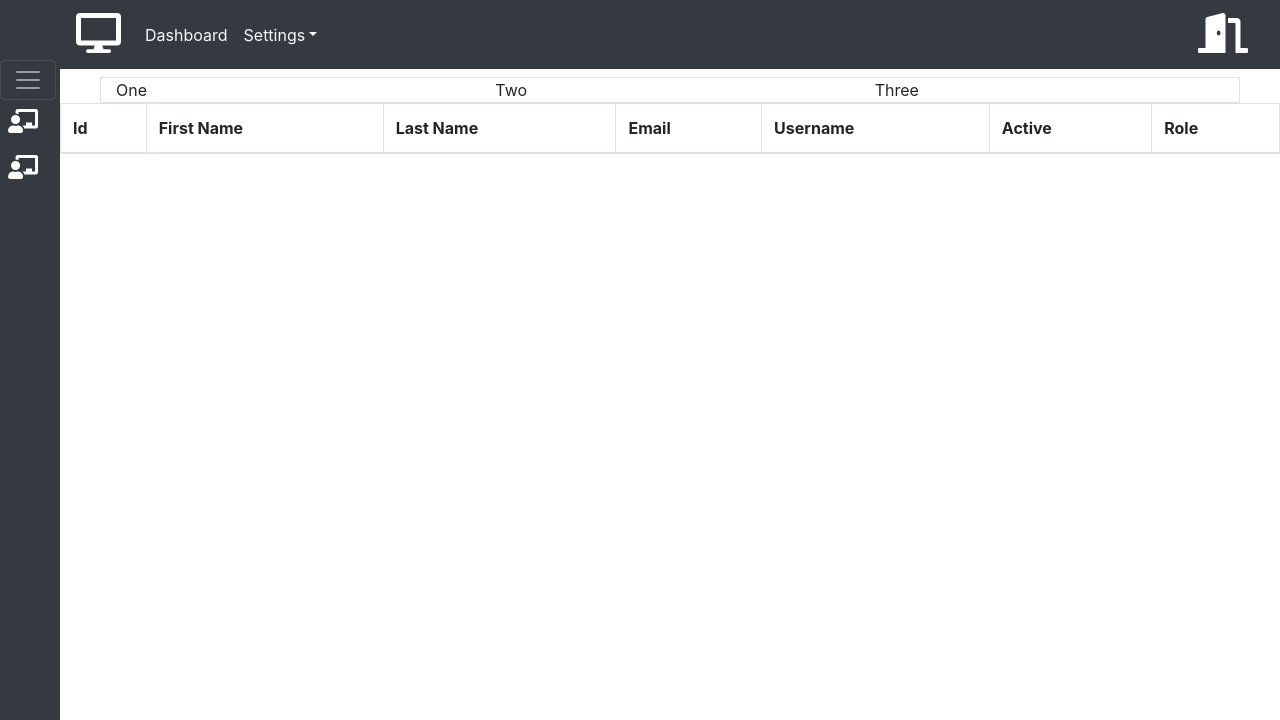
Repository: Pjosif/iDesk
Page: http://localhost/web/protected/userAdm.jsp
These files come from the project's save history. The page is drawn as it stood at one moment and after the next save; the edit follows.
The browser window is 1280 px wide. The pictures show the whole page.
Some web libraries are served in a nearby version. The page is served by Tomcat 9. Nobody is signed in. The application's start-up code is not run. Other server files are loaded and not shown. The template is opened directly, without the code that normally fills it, so the values that code supplies are empty.

Above is the page before, as saved 2018-08-01 11:17:20.

### main/web/src/main/webapp/protected/userAdm.jsp
<%@ page language="java" contentType="text/html; charset=ISO-8859-1" pageEncoding="ISO-8859-1"%>
<!DOCTYPE html>
<%@ taglib uri="http://www.springframework.org/tags/form" prefix="form"%>
<%@ taglib uri="http://java.sun.com/jsp/jstl/core" prefix="c"%>
<html>
<head>
<meta charset="utf-8">
<meta name="viewport" content="width=device-width, initial-scale=1, shrink-to-fit=no">
<link href="../resources/css/bootstrap.css" rel="stylesheet">
<link rel="stylesheet" href="https://use.fontawesome.com/releases/v5.1.0/css/all.css" integrity="sha384-lKuwvrZot6UHsBSfcMvOkWwlCMgc0TaWr+30HWe3a4ltaBwTZhyTEggF5tJv8tbt" crossorigin="anonymous">
<link href="../resources/css/sidenav.css" rel="stylesheet">
<title>Insert title here</title>
</head>
<body>
	<jsp:include page="../master/sidenav.jsp" />
	<div id="main" class="main">
		<jsp:include page="../master/header.jsp" />
		<div class="container border mt-2">
			<div class="row">
				<div class="col-sm">One</div>
				<div class="col-sm">Two</div>
				<div class="col-sm">Three</div>
			</div>
		</div>
		<table class="table table-bordered">
			<thead>
				<tr>
					<th scope="col">Id</th>
					<th scope="col">First Name</th>
					<th scope="col">Last Name</th>
					<th scope="col">Email</th>
					<th scope="col">Username</th>
					<th scope="col">Active</th>
					<th scope="col">Role</th>
				</tr>
			</thead>
			<c:forEach var="emp" items="${list}">
				<tr>
					<th scope="row">${emp.id}</th>
					<td>${emp.firstName}</td>
					<td>${emp.lastName}</td>
					<td>${emp.email}</td>
					<td>${emp.username}</td>
					<td>${emp.active}</td>
					<td>${emp.role.role}</td>
				</tr>
			</c:forEach>
		</table>

	</div>
	<script src="https://code.jquery.com/jquery-3.3.1.slim.min.js" integrity="sha384-q8i/X+965DzO0rT7abK41JStQIAqVgRVzpbzo5smXKp4YfRvH+8abtTE1Pi6jizo" crossorigin="anonymous"></script>
	<script src="https://cdnjs.cloudflare.com/ajax/libs/popper.js/1.14.3/umd/popper.min.js" integrity="sha384-ZMP7rVo3mIykV+2+9J3UJ46jBk0WLaUAdn689aCwoqbBJiSnjAK/l8WvCWPIPm49" crossorigin="anonymous"></script>
	<script src="../resources/js/bootstrap.min.js"></script>
</body>
</html>

### main/web/src/main/webapp/master/sidenav.jsp
<div id=sideNav class=sidenav>
	<div class="navbar-dark">
		<button class="navbar-toggler" type="button" onclick="togleNav()">
			<span class="navbar-toggler-icon"></span>
		</button>
	</div>
	<ul>
		<li>
			<a href="#">
				<i class="fas fa-chalkboard-teacher"></i>Incident
			</a>
		</li>
		<li>
			<a href="#">
				<i class="fas fa-chalkboard-teacher"></i>Request
			</a>
		</li>

		<!-- 		<a href="#"><i class="fas fa-chalkboard-teacher"></i>MENU 3</a> -->
		<!-- 		<a href="#"><i class="fas fa-chalkboard-teacher"></i>MENU 4</a> -->
	</ul>
</div>
<script>
	function togleNav() {
		var navigator = document.getElementById("sideNav");
		if (navigator.style.width === "200px") {
			closeNav();
		} else {
			openNav();
		}
	}

	function openNav() {
		document.getElementById("sideNav").style.width = "200px";
		document.getElementById("main").style.marginLeft = "200px";
	}

	function closeNav() {
		document.getElementById("sideNav").style.width = "60px";
		document.getElementById("main").style.marginLeft = "60px";
	}
</script>

### main/web/src/main/webapp/master/header.jsp
<%@ taglib prefix="sec" uri="http://www.springframework.org/security/tags" %>
<nav class="navbar navbar-expand-sm navbar-dark bg-dark">
	<div>
		<a class="navbar-brand" href="home">
			<i class="fas fa-desktop fa-2x"></i>
		</a>
	</div>
	<button class="navbar-toggler" type="button" data-toggle="collapse" data-target="header" aria-controls="header" aria-expanded="false" aria-label="Toggle navigation">
		<span class="navbar-toggler-icon"></span>
	</button>
	<div class="collapse navbar-collapse" id="header">
		<ul class="navbar-nav mr-auto">
			<li class="nav-item">
				<a class="nav-link text-light" href="#">Dashboard</a>
			</li>
			<li class="nav-item dropdown">
				<a class="nav-link dropdown-toggle text-light" style="cursor:pointer" id="settings" data-toggle=dropdown aria-haspopup="true" aria-expanded="false">Settings</a>
				<div class="dropdown-menu" aria-labelledby="settings">
					<a class="dropdown-item" href="#">Configuration Item</a>
				</div>
			</li>
			<sec:authorize access="hasAuthority('ADMIN_PRIVILEGE')">
			<li class="nav-item dropdown">
				<a class="nav-link dropdown-toggle text-light" style="cursor: pointer" id="dropdown03" data-toggle="dropdown" aria-haspopup="true" aria-expanded="false">Administrator</a>
				<div class="dropdown-menu" aria-labelledby="dropdown03">
					<a class="dropdown-item" href="userlist">Users</a>
					<a class="dropdown-item" href="rolelist">Roles</a>
					<a class="dropdown-item" href="privlist">Privilege</a>
				</div>
			</li>
			</sec:authorize>
		</ul>
		<a class="navbar-brand" href="logout">
			<i class="fas fa-door-open fa-2x"></i>
		</a>
	</div>
</nav>

### main/web/src/main/webapp/resources/css/sidenav.css
.main {
	margin-left: 60px;
}

.sidenav {
    height: 100%;
    width: 60px;
    position: fixed;
    z-index: 1;
    top: 0;
    left: 0;
    background-color: #343a40;
    overflow-x: hidden;
    transition: 0.5s;
    padding-top: 60px;
}

.sidenav a {
	width:250px;
    padding: 8px 8px 8px 8px;
    text-decoration: none;
    font-size: 20px;
    color: #FFFFFF;
    display: block;
    transition: 0.3s;
}

.sidenav i {
	padding-right: 22px;
	font-size: 24px;
}

.sidenav ul {
	list-style-type: none;
	padding: 0;
}

.sidenav a:hover {
    color: #f1f1f1;
}

.sidenav .closebtn {
    position: absolute;
    top: 0;
    right: 25px;
    font-size: 36px;
    margin-left: 50px;
}

@media screen and (max-height: 450px) {
  .sidenav {padding-top: 15px;}
  .sidenav a {font-size: 18px;}
}

Loaded but not shown: main/web/src/main/webapp/resources/css/bootstrap.css (library); main/web/src/main/webapp/resources/js/bootstrap.min.js (library)

After the next save:
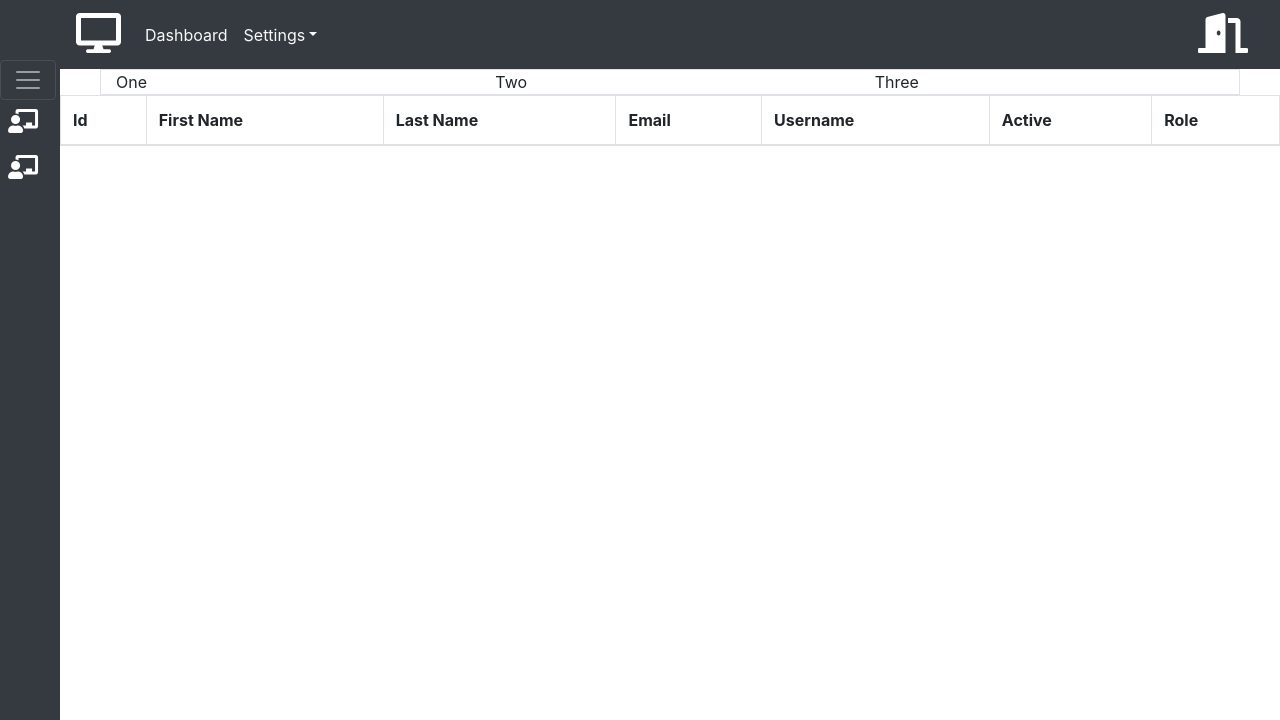
Saved 9 min 28 s later.
--- a/main/web/src/main/webapp/protected/userAdm.jsp
+++ b/main/web/src/main/webapp/protected/userAdm.jsp
@@ -15,7 +15,7 @@
 	<jsp:include page="../master/sidenav.jsp" />
 	<div id="main" class="main">
 		<jsp:include page="../master/header.jsp" />
-		<div class="container border mt-2">
+		<div class="container border">
 			<div class="row">
 				<div class="col-sm">One</div>
 				<div class="col-sm">Two</div>
